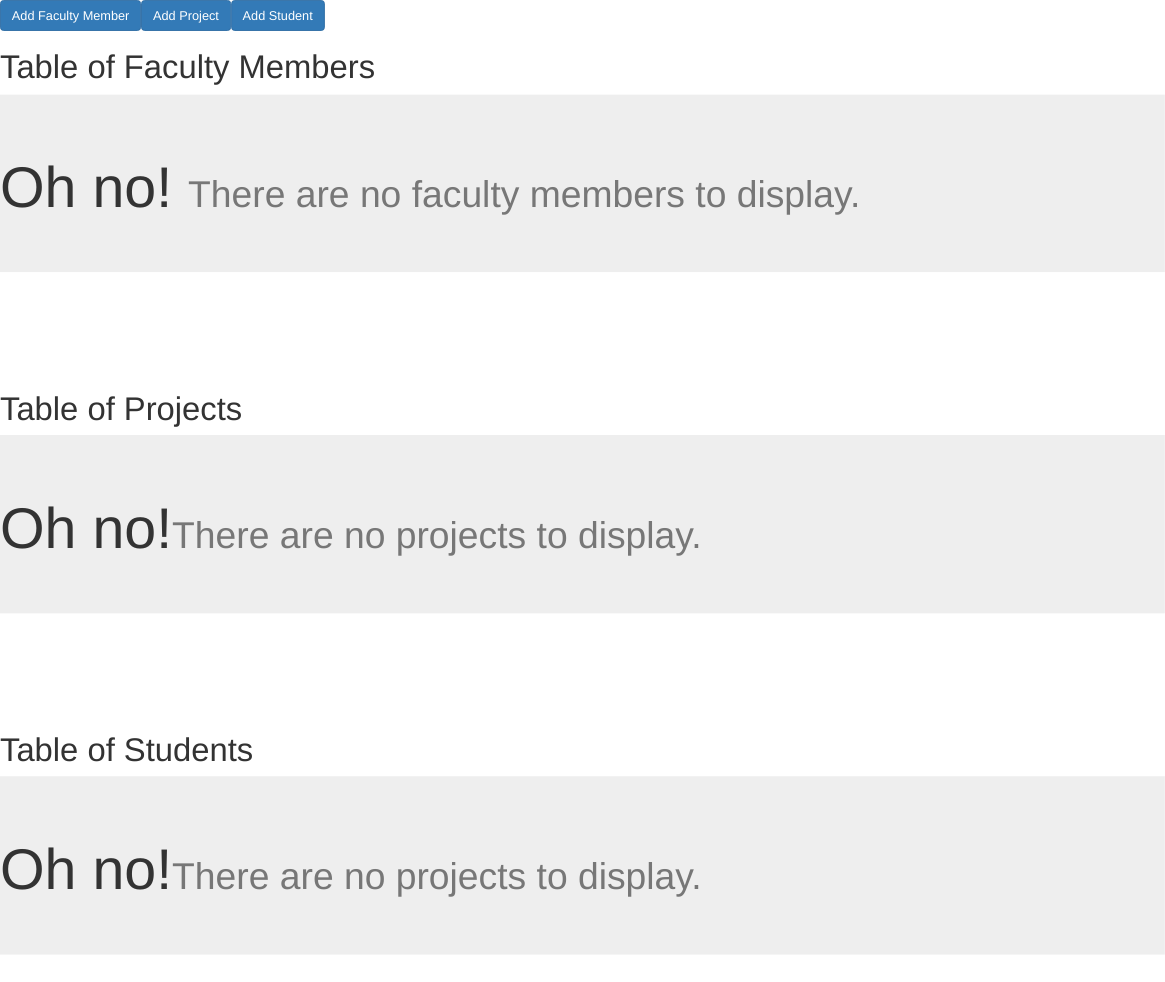
Repository: cpham19/DatabaseSite
Page: http://localhost/database/Table
These files come from the project's save history. The page is drawn as it stood at one moment and after the next save; the edit follows.
The browser window is 1280 px wide. The pictures show the whole page, at 91% of full size.
The page is served by Tomcat 9. Other server files are loaded and not shown. Queries for data that is not in the repository find no rows.

Above is the page before, as saved 2017-08-05 07:08:29.

### database/src/main/webapp/Table.jsp
<%@ page language="java" contentType="text/html; charset=UTF-8" pageEncoding="UTF-8"%>
<%@ taglib prefix="c" uri="http://java.sun.com/jsp/jstl/core" %>
<%@ taglib prefix="fn" uri="http://java.sun.com/jsp/jstl/functions" %>
<!doctype html>
<html lang="en">
<head>
	<title>Faculty</title>
	<!-- Latest compiled and minified CSS -->
	<link rel="stylesheet" href="https://maxcdn.bootstrapcdn.com/bootstrap/3.3.7/css/bootstrap.min.css" integrity="sha384-BVYiiSIFeK1dGmJRAkycuHAHRg32OmUcww7on3RYdg4Va+PmSTsz/K68vbdEjh4u" crossorigin="anonymous">
</head>
<body>
	<a href="AddFaculty.jsp" class="btn btn-primary" role="button">Add Faculty Member</a><a href="AddProject.jsp" class="btn btn-primary" role="button">Add Project</a><a href="AddStudent.jsp" class="btn btn-primary" role="button">Add Student</a>

	<h1>Table of Faculty Members</h1>
	<c:if test="${empty faculties}">
		<div class="jumbotron">
			<h1>Oh no! <small>There are no faculty members to display.</small></h1>
		</div>
	</c:if>

	<c:if test="${not empty faculties}">
		<c:forEach items="${faculties}" var="faculty">
			<div class="panel panel-default">
	 			<div class="panel-body">
					<h3>${faculty.name} (${faculty.res_spec})
					 <a href="ViewProfessorProject?name=${faculty.name}&ssn=${faculty.ssn}" class="btn btn-primary" role="button">View Projects</a><a href="DeleteFaculty?id=${faculty.id}&ssn=${faculty.ssn}" class="btn btn-danger" role="button">Delete Faculty</a>
					 <br/>
					</h3>
					<p>Gender: ${faculty.gender} | Age: ${faculty.age} | SSN : ${faculty.ssn}</p>
					<form action="AddProjectToProf" method="post">
							<input type="text" id="prof_ssn" name="prof_ssn" value="${faculty.ssn}">
							<input type="text" id="proj_num" name="proj_num" placeholder="Enter project number">
							<button type="submit" class="btn btn-success btn-block">Add Faculty to Project</button>
					</form>
			    </div>
			</div>
		</c:forEach>
	</c:if>

	<br/>
	<br/>
	<br/>
	<br/>

    <h1>Table of Projects</h1>
	<c:if test="${empty projects}">
		<div class="jumbotron">
			<h1>Oh no!<small>There are no projects to display.</small></h1>
		</div>
	</c:if>

	<c:if test="${not empty projects}">
		<c:forEach items="${projects}" var="project">
 			<div class="pane panel-default">
				 <div class = "pane panel-heading"><h1>Project#${project.projectNum} ${project.sponsorName} | Start: ${project.startingDate}  End: ${project.endingDate} <a href="ViewStudent?proj_num=${project.projectNum}&spon_name=${project.sponsorName}" class="btn btn-primary" role="button">View Students</a><a href="ViewNumberOfPeople?proj_num=${project.projectNum}" class="btn btn-success" role="button">View Number</a><a href="DeleteProject?id=${project.projectNum}" class="btn btn-danger" role="button">Delete Project</a></h1></div>
			</div>
		</c:forEach>
	</c:if>

	<br/>
	<br/>
	<br/>
	<br/>

    <h1>Table of Students</h1>
	<c:if test="${empty students}">
		<div class="jumbotron">
			<h1>Oh no!<small>There are no projects to display.</small></h1>
		</div>
	</c:if>

	<c:if test="${not empty students}">
		<c:forEach items="${students}" var="student">
 			<div class="pane panel-default">
				 <div class = "pane panel-heading">
				 		<h3>${student.name}
				 			<a href="DeleteStudent?id=${student.id}&ssn=${student.ssn}" class="btn btn-danger" role="button">Delete Student</a>
				 		</h3>
				 		<p>Gender: ${student.gender} | Age: ${student.age} | SSN : ${student.ssn}</p>
				 		<form action="AddProjectToStud" method="post">
								<input type="text" id="stud_ssn" name="stud_ssn" value="${student.ssn}">
								<input type="text" id="proj_num" name="proj_num" placeholder="Enter project number">
								<button type="submit" class="btn btn-success btn-block">Add Student to Project</button>
						</form>
				 </div>
			</div>
		</c:forEach>
	</c:if>

</body>
</html>

### database/src/main/java/Table.java
import java.io.IOException;
import java.sql.Connection;
import java.sql.DriverManager;
import java.sql.ResultSet;
import java.sql.SQLException;
import java.sql.Statement;
import java.util.ArrayList;

import javax.servlet.ServletConfig;
import javax.servlet.ServletException;
import javax.servlet.http.HttpServlet;
import javax.servlet.http.HttpServletRequest;
import javax.servlet.http.HttpServletResponse;

public class Table extends HttpServlet
{
	private static final long serialVersionUID = 1L;


	public void init(ServletConfig config) throws ServletException {
		super.init(config);

		try {
			Class.forName("org.postgresql.Driver");
		}
		catch (ClassNotFoundException e) {
			throw new ServletException(e);
		}
	}

	protected void doGet(HttpServletRequest request, HttpServletResponse response) throws ServletException, IOException
	{
		ArrayList<FacultyModel> faculties = new ArrayList<>();
		ArrayList<ProjectModel> projects = new ArrayList<>();
		ArrayList<StudentModel> students = new ArrayList<>();
		double femaleProfessors = 0;

		Connection c = null;
        try
        {
            String url = "jdbc:postgresql://cs1.calstatela.edu:5432/cs4222s29";
            String username = "cs4222s29";
            String password = "Wh0QcrwJ";
            c = DriverManager.getConnection( url, username, password );

            Statement stmt = c.createStatement();

            ResultSet rs = stmt.executeQuery("select * from faculty");

            while (rs.next()) {

            	FacultyModel entry = new FacultyModel(rs.getInt("id"), rs.getString("ssn"), rs.getString("name"), rs.getInt("age"),
            										  rs.getString("gender"), rs.getString("rank"), rs.getString("res_spec"));

            	faculties.add(entry);
 			}

            rs = stmt.executeQuery("select * from project");

            while (rs.next()) {

            	ProjectModel entry = new ProjectModel(rs.getInt("project_num"), rs.getString("sponsor_name"), rs.getString("starting_date"), rs.getString("ending_date"));

            	projects.add(entry);
 			}

           rs = stmt.executeQuery("select * from student");

            while (rs.next()) {

            	StudentModel entry = new StudentModel(rs.getInt("id"), rs.getString("ssn"), rs.getString("name"), rs.getInt("age"), rs.getString("gender"), rs.getString("degree"));

            	students.add(entry);
 			}

            rs = stmt.executeQuery("select female_faculty();");


            while (rs.next()) {
            	femaleProfessors = rs.getDouble("female_faculty()");
 			}
        }

        catch( SQLException e ) {

            throw new ServletException( e );

        }

        finally {

            try {

                if( c != null ) c.close();

            }

            catch( SQLException e ) {

                throw new ServletException( e );

            }

        }

        request.setAttribute("faculties", faculties);
        request.setAttribute("projects", projects);
        request.setAttribute("students", students);
        request.setAttribute("femaleProfessors", femaleProfessors);

        request.getRequestDispatcher("Table.jsp").forward(request,response);
	}


	protected void doPost(HttpServletRequest request, HttpServletResponse response) throws ServletException, IOException
	{
		doGet(request, response);
	}

}

After the next save:
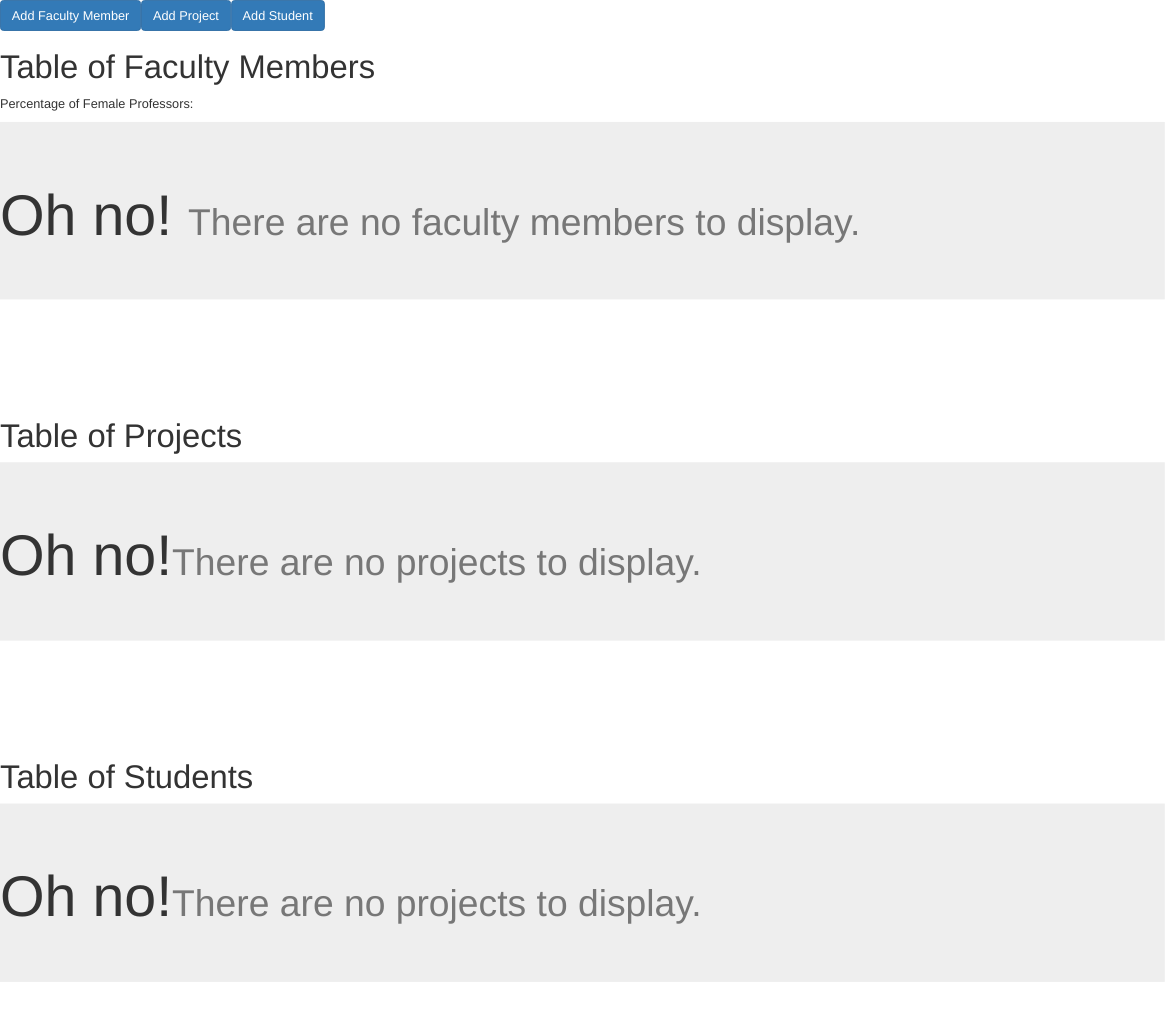
Saved 44 s later.
--- a/database/src/main/webapp/Table.jsp
+++ b/database/src/main/webapp/Table.jsp
@@ -12,6 +12,7 @@
 	<a href="AddFaculty.jsp" class="btn btn-primary" role="button">Add Faculty Member</a><a href="AddProject.jsp" class="btn btn-primary" role="button">Add Project</a><a href="AddStudent.jsp" class="btn btn-primary" role="button">Add Student</a>
 
 	<h1>Table of Faculty Members</h1>
+	<p>Percentage of Female Professors: ${faculty.gender}</p>
 	<c:if test="${empty faculties}">
 		<div class="jumbotron">
 			<h1>Oh no! <small>There are no faculty members to display.</small></h1>
